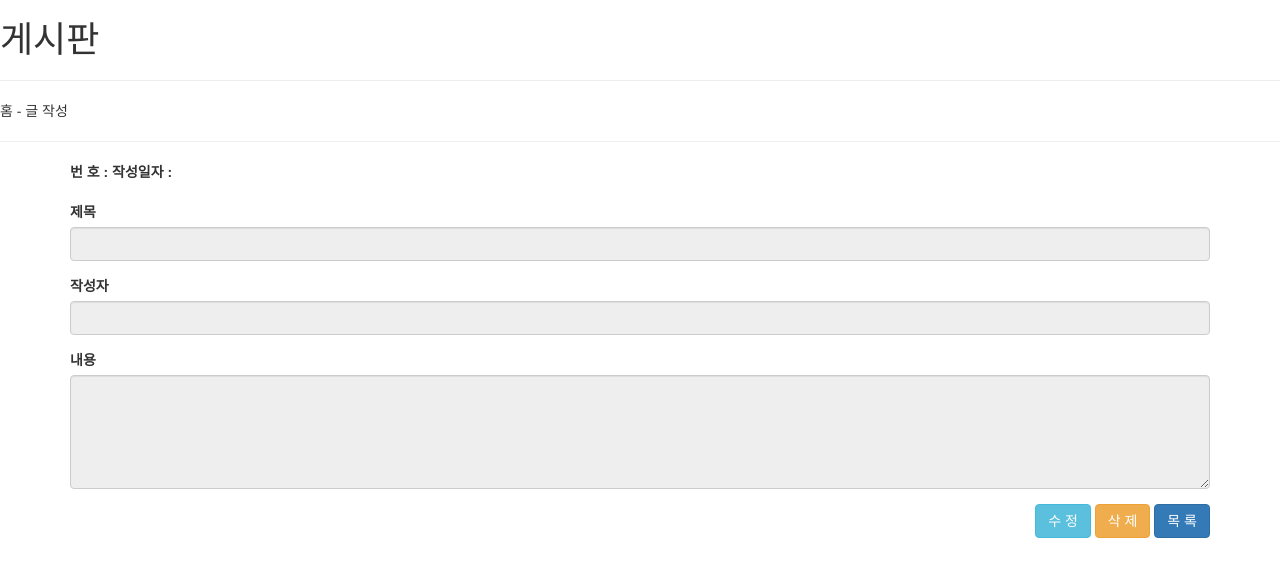
Repository: assa1092/MoonTest
Page: http://localhost/testBoard/WEB-INF/views/board/readView.jsp
The author's editor kept a copy of each file at every save. The page is drawn from the files as they stood at one save, then again after the next save.
The browser window is 1280 px wide. The pictures show the whole page.
The page is served by Tomcat 9. Nobody is signed in. Other server files are loaded and not shown. The template is opened directly, without the code that normally fills it, so the values that code supplies are empty.

Above is the page before, as saved 2020-12-21 02:26:58.

### testBoard/src/main/webapp/WEB-INF/views/board/readView.jsp
<%@ page language="java" contentType="text/html; charset=UTF-8"
	pageEncoding="UTF-8"%>
<%@ taglib uri="http://java.sun.com/jsp/jstl/core" prefix="c"%>
<%@ taglib uri="http://java.sun.com/jsp/jstl/functions" prefix="fn"%>
<%@ taglib uri="http://java.sun.com/jsp/jstl/fmt" prefix="fmt"%>
<!DOCTYPE html>
<html>
<head>
<meta charset="utf-8">
<meta name="viewport" content="width=device-width, initial-scale=1">
<link rel="stylesheet"
	href="https://maxcdn.bootstrapcdn.com/bootstrap/3.4.1/css/bootstrap.min.css">
<script
	src="https://ajax.googleapis.com/ajax/libs/jquery/3.5.1/jquery.min.js"></script>
<script
	src="https://maxcdn.bootstrapcdn.com/bootstrap/3.4.1/js/bootstrap.min.js"></script>

<title>Insert title here</title>
</head>
<body>
	<div id="root">
		<header>
			<h1>게시판</h1>
		</header>
		<hr />

		<nav>홈 - 글 작성</nav>
		<hr />

		<section id="container" class="container">
			<form role="form" method="post">
				<%-- <table>
						<tbody>
							<tr>
								<td>
									<label for="bno">글 번호</label><input type="text" id="bno" name="bno" value="${read.bno}"/>
								</td>
							</tr>
							<tr>
								<td>
									<label for="title">제목</label><input type="text" id="title" name="title" value="${read.title}"/>
								</td>
							</tr>
							<tr>
								<td>
									<label for="content">내용</label><textarea id="content" name="content"><c:out value="${read.content}" /></textarea>
								</td>
							</tr>
							<tr>
								<td>
									<label for="writer">작성자</label><input type="text" id="writer" name="writer" value="${read.writer}" />
								</td>
							</tr>
							<tr>
								<td>
									<label for="regdate">작성날짜</label>
									<fmt:formatDate value="${read.regdate}" pattern="yyyy-MM-dd"/>
								</td>
							</tr>
						</tbody>
					</table> --%>


				<div class="form-group">
					<label for="bno">번 호 : ${read.bno}</label>
						<%-- <input name="bno" id="bno" class="form-control" readonly  value="${read.bno }"> --%>

					<label for="regdate" style="text-align : right" >작성일자 : </label>
						<fmt:formatDate value="${read.regdate}" pattern="yyyy-MM-dd"/>
						<%-- <input name="regdate" id="regdate" class="form-control" readonly  value="${read.regdate }"> --%>

				</div>

				<div class="form-group">
					<label for="title">제목</label>
					<!-- for="title" 제목 클릭시 name="title"으로 포커스 가게... -->
					<input name="title" id="title" class="form-control" readonly  value="${read.title }">
					<!-- input 태그가 한줄로 모서리 둥글게...class="form-control" -->

				</div>
				<div class="form-group">
					<label for="writer">작성자</label>
						<input name="writer" id="writer" class="form-control" readonly  value="${read.writer }">
				</div>

				<div class="form-group">
					<label for="content">내용</label>
					<textarea rows="5" name="content" id="content" readonly  class="form-control" > ${read.content }</textarea>
				</div>
			</form>

			<div class="form-group" align="right">
					<button id="updateBtn" class="btn btn-info">수 정</button>
					<button id ="deleteBtn" class="btn btn-warning" >삭 제</button>
					<button id ="listBtn" class="btn btn-primary" >목 록</button>
			</div>
		</section>
	</div>

<script type="text/javascript">
	$(document).ready(function(){
		$("#updateBtn").click(function(){
			location.assign("/board/updateView/${read.bno}");
		});
		$("#deleteBtn").click(function(){

			var result = confirm('삭제하시겠습니까');
			if(result) {
				location.assign("/board/delete/${read.bno}");
			} else { }

		});
		$("#listBtn").click(function(){
			location.assign("/board/list");
		});
	});
</script>

</body>
</html>

After the next save:
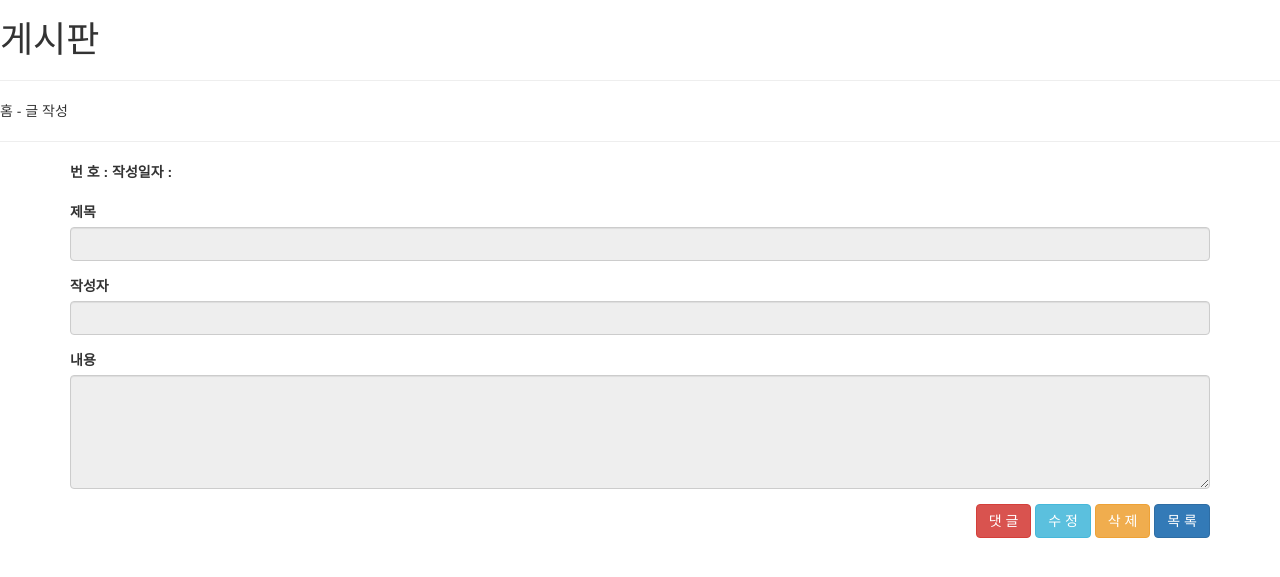
Saved 22 min 42 s later.
--- a/testBoard/src/main/webapp/WEB-INF/views/board/readView.jsp
+++ b/testBoard/src/main/webapp/WEB-INF/views/board/readView.jsp
@@ -90,6 +90,7 @@
 			</form>
 
 			<div class="form-group" align="right">
+					<button id="replyBtn" class="btn btn-danger">댓 글</button>
 					<button id="updateBtn" class="btn btn-info">수 정</button>
 					<button id ="deleteBtn" class="btn btn-warning" >삭 제</button>
 					<button id ="listBtn" class="btn btn-primary" >목 록</button>
